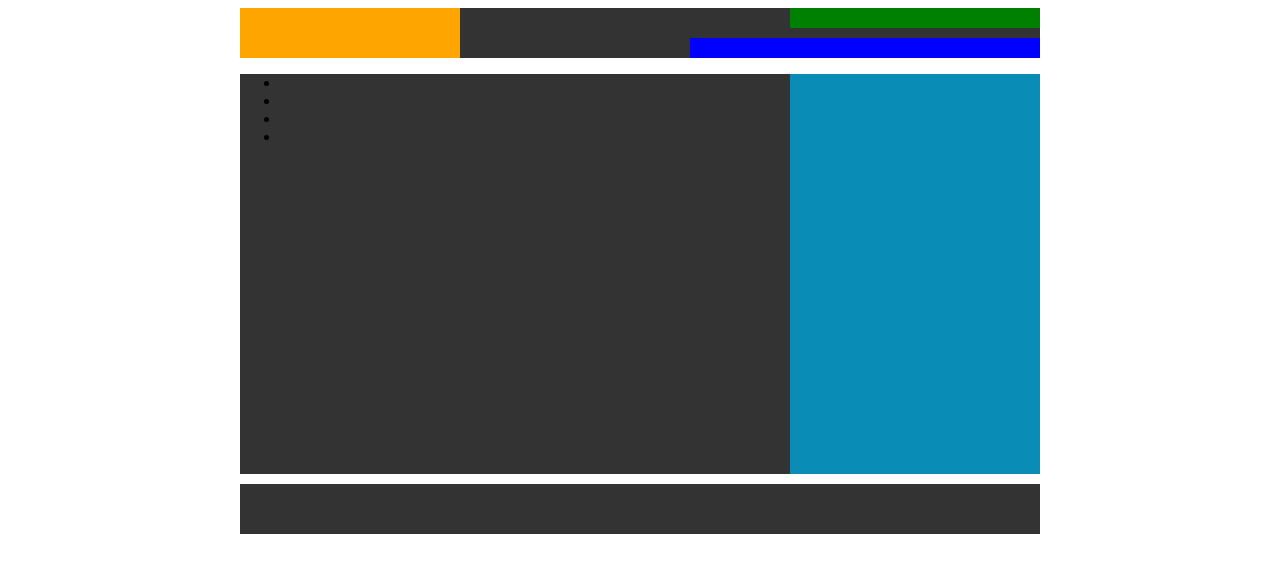
Repository: Tdaine/node
Page: css/code/floatWebLayout.html
The author's editor kept a copy of each file at every save. The page is drawn from the files as they stood at one save, then again after the next save.
The browser window is 1280 px wide. The pictures show the whole page.

Above is the page before, as saved 2021-04-28 15:37:11.

### css/code/floatWebLayout.html
<!DOCTYPE html>
<html lang="en">
<head>
  <meta charset="UTF-8">
  <meta http-equiv="X-UA-Compatible" content="IE=edge">
  <meta name="viewport" content="width=device-width, initial-scale=1.0">
  <title>Document</title>
  <style>
    header{
      width: 800px;
      height: 50px;
      margin: 0 auto;
      background-color: #333;
    }
    .content{
      width: 800px;
      height: 400px;
      margin: 10px auto;
      background-color: #333;
    }
    footer{
      width: 800px;
      height: 50px;
      margin: 0 auto;
      background-color: #333;
    }
    header .logo{
      width: 220px;
      height: 50px;
      float: left;
      background-color: orange;
    }
    header .login{
      width: 250px;
      height: 20px;
      float: right;
      background-color: green;
    }
    nav{
      width: 350px;
      height: 20px;
      float: right;
      margin-top: 10px;
      background-color: blue;
    }

    .content .ad{
      width: 250px;
      height: 400px;
      float: right;
      background-color: rgb(9,141,182);
    }
  </style>
</head>
<body>
  <header>
    <div class="logo"></div>
    <div class="login"></div>
    <nav></nav>
  </header>
  <section class="content">
    <aside class="ad"></aside>
    <main>
      <div class="banner"></div>
      <div class="pics">
        <ul>
          <li></li>
          <li></li>
          <li></li>
          <li></li>
        </ul>
      </div>
    </main>
  </section>
  <footer>

  </footer>
</body>
</html>

After the next save:
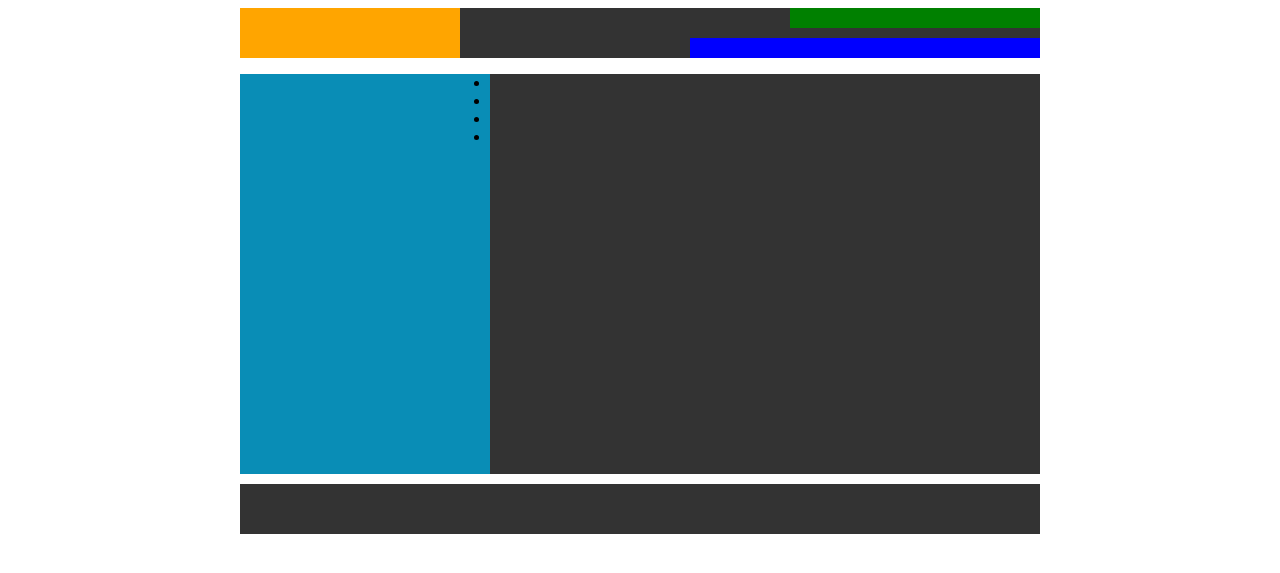
Saved 20 s later.
--- a/css/code/floatWebLayout.html
+++ b/css/code/floatWebLayout.html
@@ -47,7 +47,7 @@
     .content .ad{
       width: 250px;
       height: 400px;
-      float: right;
+      float: left;
       background-color: rgb(9,141,182);
     }
   </style>
